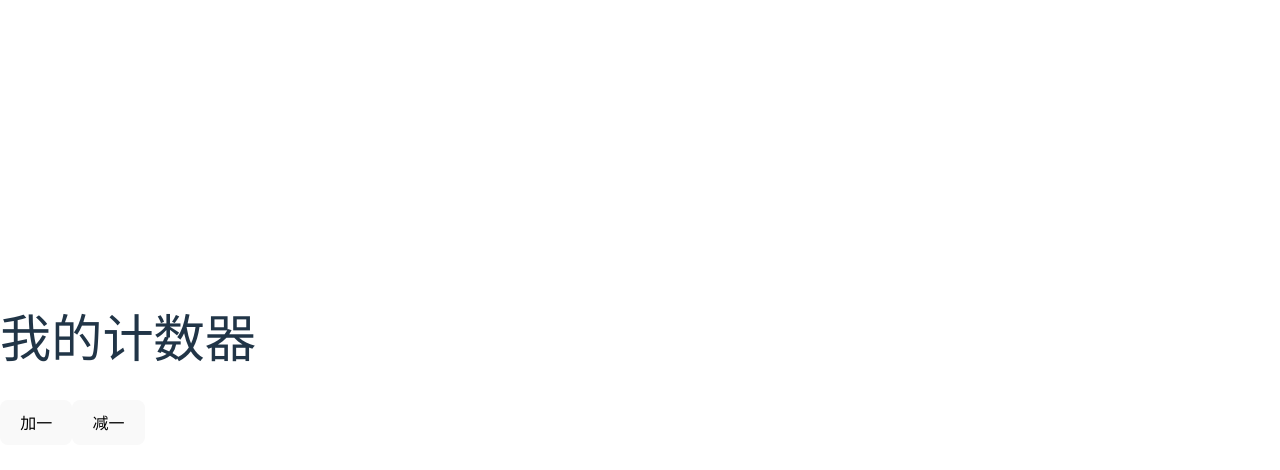
Repository: wangyanjun1999/learn-react
Page: / (app in mini_ex/my-counter-app/)
An editor plug-in stored every save of this project. The page is shown before and after the next save, followed by the edit.
The browser window is 1280 px wide. The pictures show the whole page.
The project was rebuilt for these pictures with package versions that can differ from the ones it lists, and the page was loaded fresh each time. Also part of the build but not shown: mini_ex/my-counter-app/vite.config.js.

Above is the page before, as saved 2025-03-21 14:40:21.

After the next save:
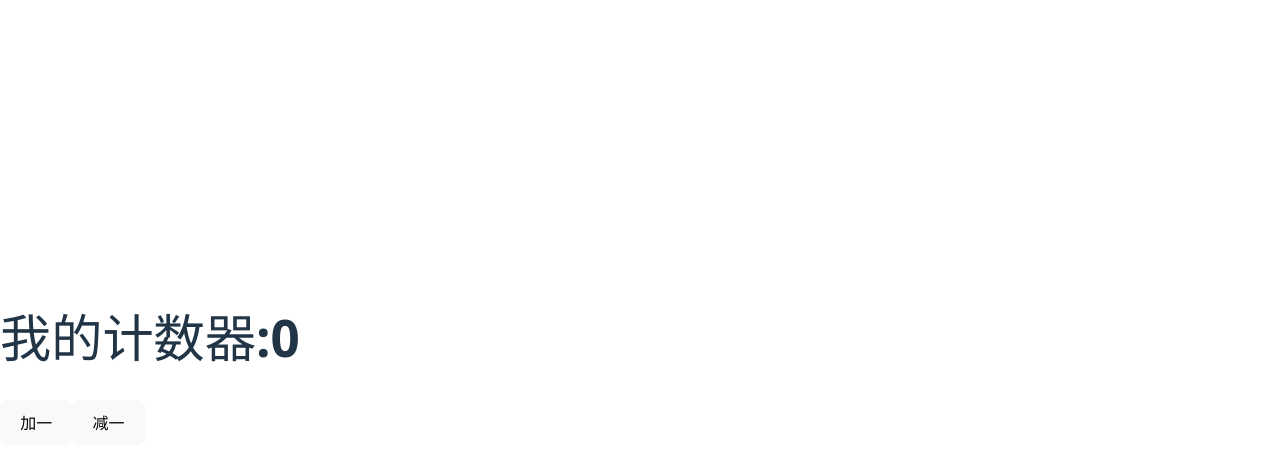
Saved 20 s later.
--- a/mini_ex/my-counter-app/src/App.jsx
+++ b/mini_ex/my-counter-app/src/App.jsx
@@ -19,7 +19,7 @@ function App() {
   };
   return (
     <>
-      <h1>我的计数器</h1>
+      <h1>我的计数器:{count}</h1>
       <button onClick={increase}>加一</button>
       <button onClick={decrease}>减一</button>
     </>
